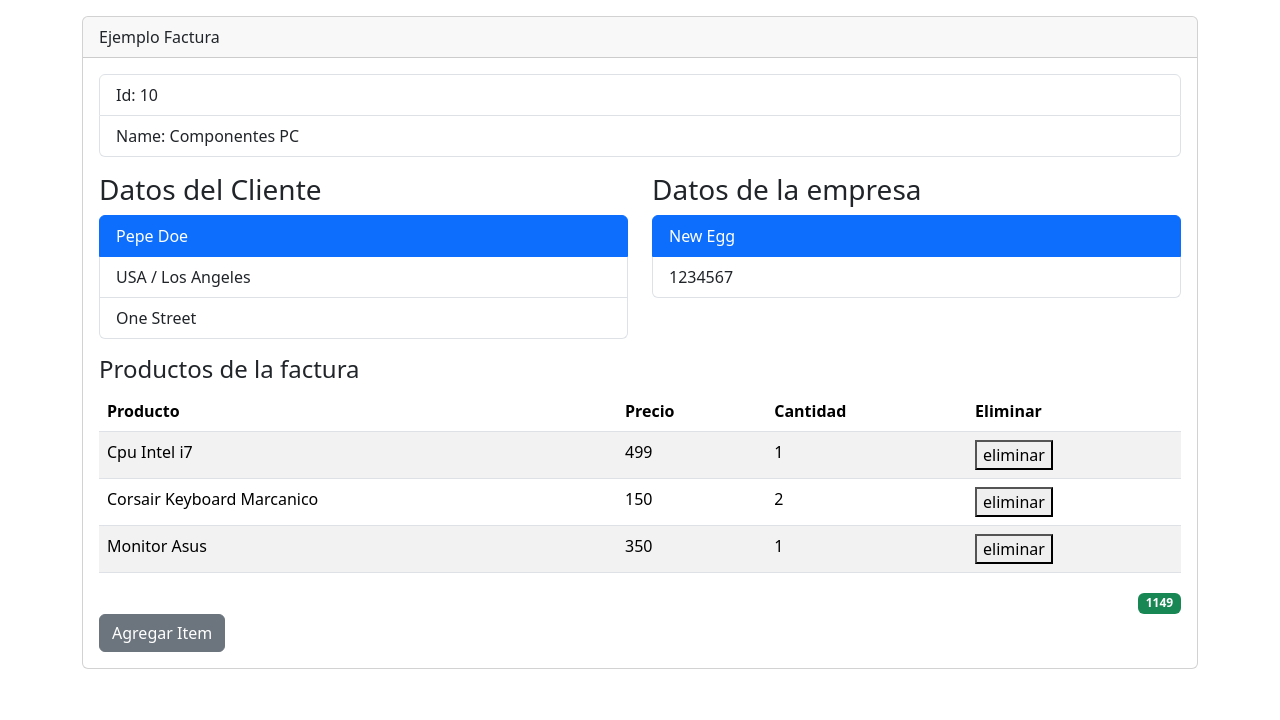
Repository: bryanesteban/4-invoice-app
Page: /
An editor plug-in stored every save of this project. The page is shown before and after the next save, followed by the edit.
The browser window is 1280 px wide. The pictures show the whole page.
The project was rebuilt for these pictures with package versions that can differ from the ones it lists, and the page was loaded fresh each time. Also part of the build but not shown: vite.config.js, src/components/FormItemsView.jsx.

Above is the page before, as saved 2023-11-27 05:18:26.

After the next save:
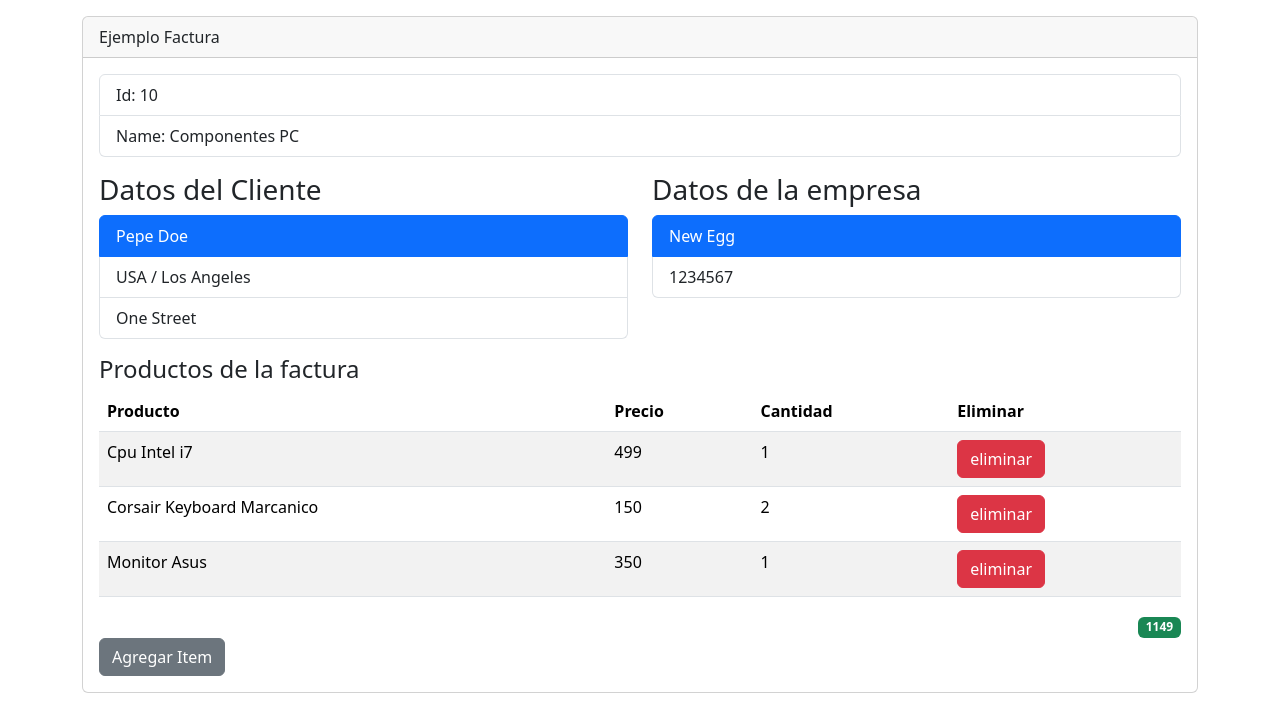
Saved 48 s later.
--- a/src/components/RowItemView.jsx
+++ b/src/components/RowItemView.jsx
@@ -7,7 +7,9 @@ export const RowItemView = ({product, price, quantity, handlerDeleteItem }) => {
                     <td>{product}</td>
                     <td>{price}</td>
                     <td>{quantity}</td>
-                    <td><button onClick={() => handlerDeleteItem(id)}>eliminar</button></td>
+                    <td><button
+                        className='btn btn-danger'
+                        onClick={() => handlerDeleteItem(id)}>eliminar</button></td>
             </tr>
         </>
     )
